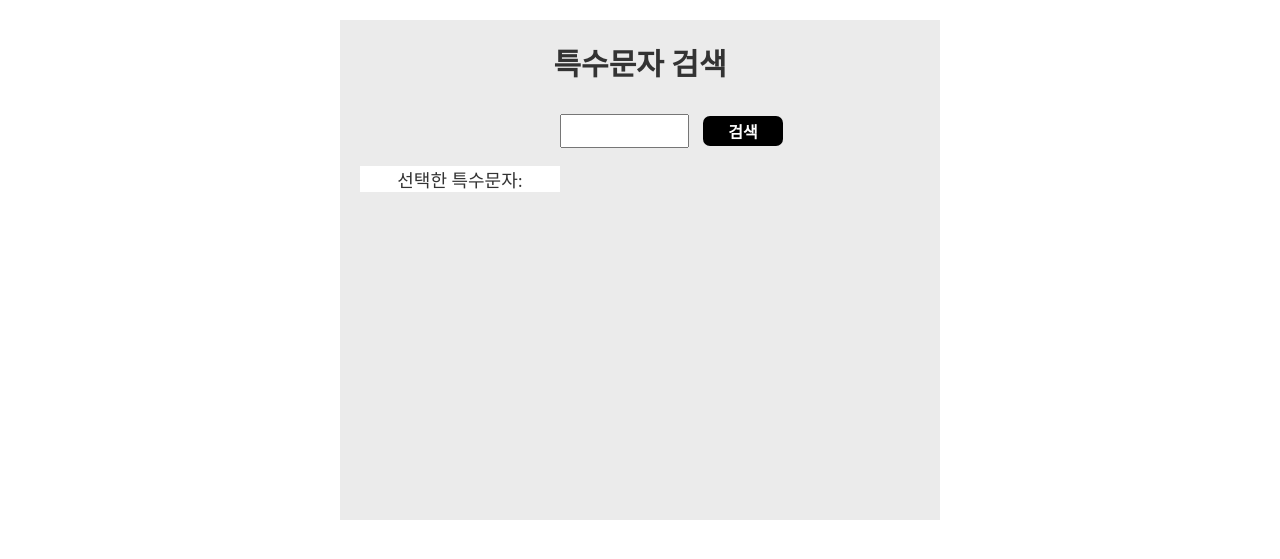
Repository: god5228god/Jsp
Page: WebApp03/WebContent/Test031.html
The author's editor kept a copy of each file at every save. The page is drawn from the files as they stood at one save, then again after the next save.
The browser window is 1280 px wide. The pictures show the whole page.

Above is the page before, as saved 2026-02-25 07:03:23.

After the next save:
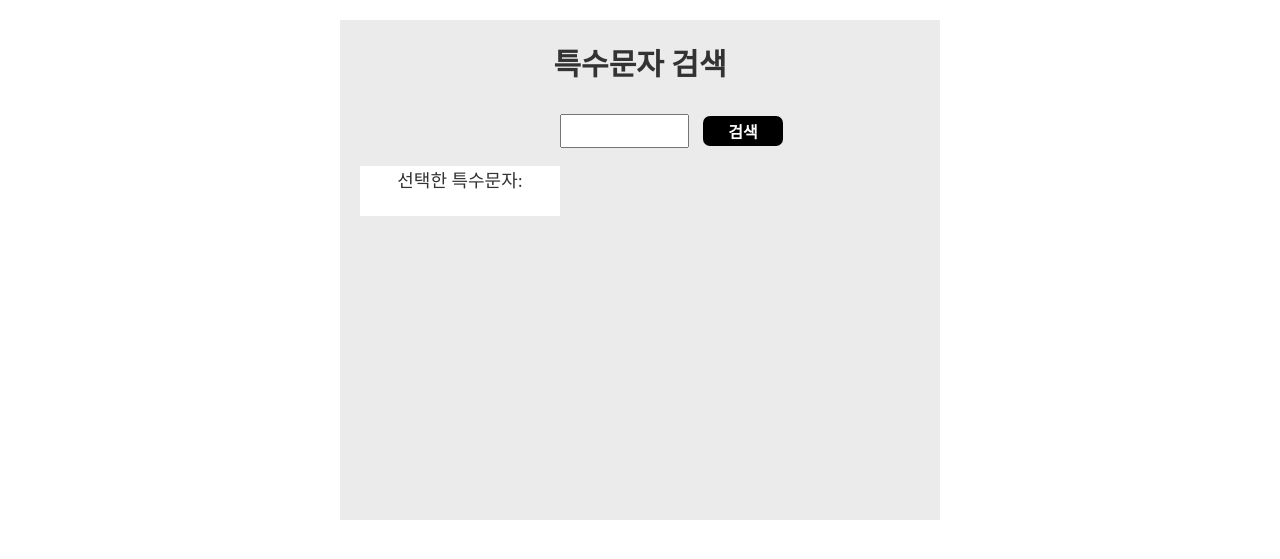
Saved 6 s later.
--- a/WebApp03/WebContent/Test031.html
+++ b/WebApp03/WebContent/Test031.html
@@ -23,7 +23,7 @@
 	.txt{height: 30px; width: 120px; padding-left: 5px;}
 	input{position: relative; left: 200px;}
 	#textContent{
-					display: inline-block; width: 200px; background-color: #fff;
+					display: inline-block; width: 200px; height: 50px; background-color: #fff;
 					text-align: center; font-size: 18px;
 				}
 </style>
